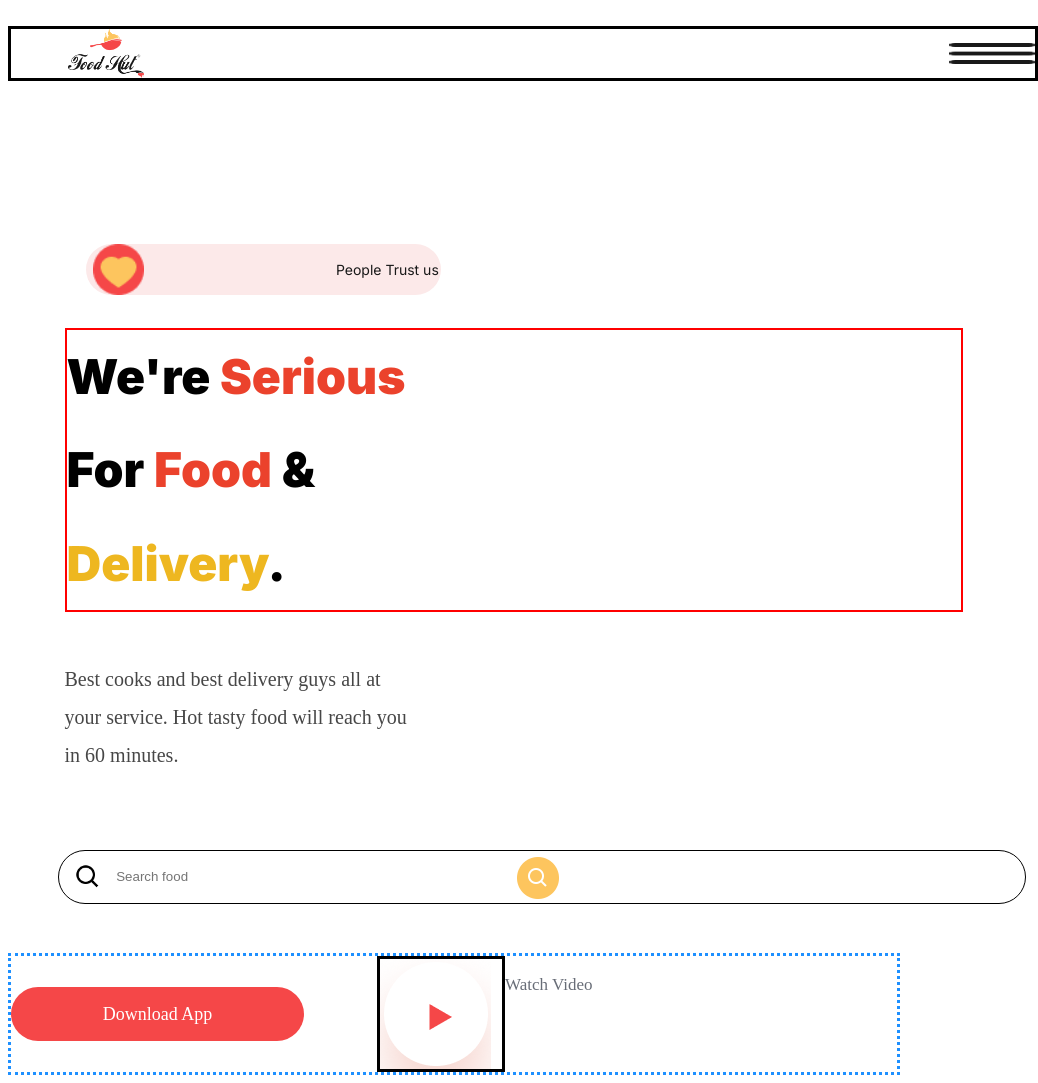
Repository: ReyhanehRahmani/Food-Hut
Page: FoodHut.html
These files come from the project's save history. The page is drawn as it stood at one moment and after the next save; the edit follows.
The browser window is 1024 px wide. The page is 1038 px wide, so the pictures cover 1038 px, including what lies to the right of the window. The pictures show the whole page.
Some web fonts or font styles are not loaded; a fallback is used.

Above is the page before, as saved 2025-05-29 00:01:53.

### FoodHut.html
<!DOCTYPE html>

<html lang="en">

    <head>

    <meta name="viewport" content="width=device-width, initial-scale=1.0" />

        <title>Food Hut</title>

        <link rel="icon" type="image/jpg" href="favicon.png">

        <link rel="preconnect" href="https://fonts.googleapis.com">

        <link rel="stylesheet" href="FoodHut.css">

        <link rel="preconnect" href="https://fonts.googleapis.com">

        <link rel="preconnect" href="https://fonts.gstatic.com" crossorigin>

        <link href="https://fonts.googleapis.com/css2?family=Inter:ital,opsz,wght@0,14..32,100..900;1,14..32,100..900&display=swap" rel="stylesheet">

        <link rel="preconnect" href="https://fonts.googleapis.com">

        <link rel="preconnect" href="https://fonts.gstatic.com" crossorigin>

        <link href="https://fonts.googleapis.com/css2?family=Sofia+Sans:ital,wght@0,1..1000;1,1..1000&display=swap" rel="stylesheet">

    </head>

    <body>

        <div class="headh">
            <img src="favicon.png" alt="Food Hut logo" class="FoodHutLogo">

            <div class="navlaptop">
                    <p class="mm">Today special offers</p>
                    <p class="mm">Why FoodHut</p>
                    <p class="mm">Our Menu</p>
                    <p class="mm">Our Popular food</p>

            </div>
            <div class="downloadbt"><p>Download App</p></div>
            <img src="slider.png" id="slider">
        </div>



        <div class="maincontainer">
            <div class="container1">

                <div id="HeartBox">
                    <img id="Heart" src="ghalb.png" style="margin-left: 3px;" >
                    <p id="trust">People Trust us</p>
                </div>

                <p id="BigBox1">
                    We're <spsn style="color: rgb(235, 66, 44);">Serious</spsn> <br> For <span style="color: rgb(235, 66, 44);">Food</span> & <br><span style="color: rgb(238, 183, 32);">Delivery</span>.
                </p>
                <p id="BigBox1laptop">
                    We're <spsn style="color: rgb(235, 66, 44);">Serious</spsn>  For <br><span style="color: rgb(235, 66, 44);">Food</span> & <span style="color: rgb(238, 183, 32);">Delivery</span>.
                </p>

                <p id="text1">
                    Best cooks and best delivery guys all at <br>your service. Hot tasty food will reach you<br>in 60 minutes.
                </p>
                <p id="text1laptop">
                    Best cooks and best delivery guys all at your <br>service. Hot tasty food will reach you in 60<br>minutes.
                </p>
                <div class="searchbox">
                    <img src="zarebin2.png" id="zarebin2">
                    <input class="inin" type="text" minlength="3" maxlength="30" placeholder="Search food"></input>
                    <button class="butbut"><img src="zarebin.png" id="zarebin"></button>
                </div>


                <div id="PlayBox">
                    <div id="download"><p>Download App</p></div>
                    <div id="bori1">
                    <img src="playb.png" id="PlayButton">
                    <p id="Watch">Watch Video</p>
                    </div>
                </div>

            </div>
            <img src="pic1.png" id="pic1laptop">

        </div>






    </body>

</html>

### FoodHut.css
/*font family - font size - align items like heart*/

@media screen and (max-width: 1279px){



body {
    font-family: "Inter", sans-serif;

}

.headh{
    border: solid;
    display: flex;
    justify-content: space-between;
    width: 100vw;
    height: 6.739130435vh;
    align-items: center;
    margin-top: 2.608695652%;
}


.FoodHutLogo{
    margin-left: 5.607476636%;
    height: 100%;
}

#slider{
    width: 8.411214953%;
    height: 43.548387097%;
}

/*#NavbarSlider{
    margin-top: 41px;
    margin-right: 5.6vw;
    float: right;
    position: fixed;
    border: 2px solid red;
}

.slider{
    width: 36px;
    height: 5px;
    border-radius: 17px;
    display: flex;
    justify-content: space-between;
    flex-direction: column;
    gap: 6px;
    background: rgba(25, 25, 25, 1);
    margin-right: 24px;

}*/



#HeartBox{
    display: flex;
    justify-content: space-between;
    gap: 1.438848921%;
    width: 35.226415094%;
    height: 4.261796043%;
    align-items: center;
    border-radius: 100px;
    white-space: nowrap;
    background-color: #fce9e9;
    margin-top: 16.228070175%;
    margin-left: 7.710280374%;
}

#trust{
    font-weight: 400;
    font-size: 0.875rem;
    line-height: 100%;
    letter-spacing: 0%;
    /*align-items: center;
    justify-content: center;*/
    color: rgba(25, 25, 25, 1);
    margin-right: 2px;

}

#Heart{
    position: static;
    width: 14.288489209%;
    height: 71.428571429%;
    padding-left: 1.168224299%;
    align-self: center;
}

#BigBox1{
    width: 88.785046729%;
    height: 21.058315335%;
    align-content: center;
    margin-top: 3.225806452%;
    margin-left: 5.607476636%;
    border: 2px solid red;
    font-weight: 900;
    font-size: 3rem;
    line-height: 195%;
    letter-spacing: 0%;
    font-family: "Inter";
}

/*#Box1Paragragh{
    font-weight: 900;
    font-size: 48px;
    line-height: 195%;
    letter-spacing: 0%;
}*/

#text1{
    width: 88.551401869%;
    height: 8.804347826%;
    margin-top: 4.347826087%;
    margin-left: 5.607476636%;
    opacity: 0.8;
    font-family: "Sofia Sans";
    font-weight: 400;
    font-size: 1.25rem;
    line-height: 190%;
    letter-spacing: -1%;
    color: #191919;
    white-space: nowrap;

}

#text1laptop{
    display: none;
}

.searchbox{
    border: solid;
    display: flex;
    border-width: 0.5px;
    border-radius: 100px;
    align-items: center;
    height: 8.709677419%;
    margin-top: 4.35483871;
    width: 95.785046729%;
    margin-left: 4.979253112%;
    margin-top: 7.476635514%;

}

.searchbox .inin{
    border: 0px;
    margin-left: 12px;

}

.searchbox .butbut{
    border: 0px;
    background-color: rgba(127, 255, 212, 0);
    margin-left: 22.324840764%;
}

#zarebin{
    height: 42px;
    padding-top: 5px;

}

#zarebin2{
    width: 28px;
    height: 28px;
    margin-left: 15px;

}

#PlayBox{
    display: flex;
    height: 5.652173913%;
    margin-top: 4.838709677%;
    align-items: center;
    border: dodgerblue, dotted;
    width: 87.85046729%;

}

#download{
    width: 33.085106383%;
    height: 86.538461538%;
    border-radius: 100px;
    background-color: #F54748;
    font-family: "Sofia Sans";
    text-align: center;
    margin-top: 1px;
    color: #FFFFFF;
    font-weight: 400;
    font-size: 18px;
    line-height: 100%;
    letter-spacing: 0px;
    text-transform: capitalize;

}

#bori1{
    display: flex;
    margin-left: 8.244680851%;
    height: 100%;
    width: 13.829787234%;
    justify-content: space-between;
    gap: 11.475409836%;
    border: solid;
}

#Watch{
    font-family: "Sofia Sans";
    font-weight: 300;
    font-size: 17px;
    line-height: 100%;
    letter-spacing: 0%;
    color: #686D77;
    white-space: nowrap;

}

#PlayButton{
    height: 100%;
}

.navlaptop{
    display: none;
}

.downloadbt{
    display: none;
}

#BigBox1laptop{
    display: none;
}

#pic1laptop{
    display: none;
}

}


@media screen and (min-width: 1280px){

body{
    position: relative;
}

.headh{
    display: flex;
    position: relative;
    align-items: center;
    margin-top: 2.46343341%;
}

.headh .FoodHutLogo{
    width: 8.402777778%;
    height: 6.004618938%;
    margin-left: 5.46875%;

}

.navlaptop {
    display: flex;
    gap: 7.575757576%;
    align-items: center;
    margin-left: 20.75%;

}

.navlaptop .mm{
    font-family: "Sofia Sans";
    font-weight: 400;
    font-size: 1.125rem;
    line-height: 100%;
    letter-spacing: 0px;
    text-transform: capitalize;
    color: #191919;
    white-space: nowrap;
}

.downloadbt{
    position: absolute;
    width: 11.25%;
    line-height: 100%;
    height: 57.692307692%;
    border-radius: 100px;
    background-color: #F54748;
    font-family: "Sofia Sans";
    text-align: center;
    margin-top: 1px;
    color: #FFFFFF;
    font-weight: 400;
    font-size: 18px;
    letter-spacing: 0px;
    text-transform: capitalize;
    margin-left: 84.513888889%;


}

.maincontainer{
    display: flex;
    justify-content: space-between;


}

.container1{
    margin-left: 4.861111111%;
    display: block;
    align-content: center;

}

#HeartBox{
    display: flex;
    justify-content: space-between;
    width: 28.226415094%;
    height: 4.261796043%;
    align-items: center;
    border-radius: 100px;
    white-space: nowrap;
    background-color: #fce9e9;
}

#trust{
    margin-right: 2px;
}

#BigBox1laptop{
    font-family: "Inter";
    font-weight: 900;
    font-size: 3.625rem;
    line-height: 100%;
    letter-spacing: 0%;
    margin-top: 3.04414003%;

}

#BigBox1{
    display: none;
}

#Heart{
    height: 20px;
    width: 20px;
}

#trust{
    font-family: Inter;
    font-weight: 400;
    font-size: 0.875rem;
    line-height: 100%;
    letter-spacing: 0%;

}

#text1{
    font-family: "Sofia Sans";
    font-weight: 400;
    font-size: 1.5rem;
    line-height: 100%;
    letter-spacing: -1%;
    opacity: 0.8;
    margin-top: 3.877419355%;
    color: #191919;

}


.searchbox{
    border: solid;
    display: flex;
    border-width: 0.5px;
    border-radius: 100px;
    align-items: center;
    height: 8.709677419%;
    margin-top: 4.35483871;

}

.searchbox .inin{
    border: 0px;
    margin-left: 12px;

}

.searchbox .butbut{
    border: 0px;
    background-color: rgba(127, 255, 212, 0);
    margin-left: 41.324840764%;
}

#zarebin{
    height: 42px;
    padding-top: 5px;

}

#zarebin2{
    width: 28px;
    height: 28px;
    margin-left: 15px;

}

#pic1laptop{
    width: 47.847222222%;
    height: auto;
}

#PlayBox{
    display: flex;
    height: 8.387096774%;
    margin-top: 4.838709677%;
    align-items: center;
}

#download{
    width: 33.085106383%;
    height: 86.538461538%;
    border-radius: 100px;
    background-color: #F54748;
    font-family: "Sofia Sans";
    text-align: center;
    margin-top: 1px;
    color: #FFFFFF;
    font-weight: 400;
    font-size: 18px;
    line-height: 100%;
    letter-spacing: 0px;
    text-transform: capitalize;


}

#bori1{
    display: flex;
    margin-left: 8.244680851%;
    height: 100%;
    justify-content: space-between;
    gap: 11.475409836%;
}

#Watch{
    font-family: "Sofia Sans";
    font-weight: 300;
    font-size: 17px;
    line-height: 100%;
    letter-spacing: 0%;
    color: #686D77;
    white-space: nowrap;

}

#PlayButton{
    height: 100%;
}
}

After the next save:
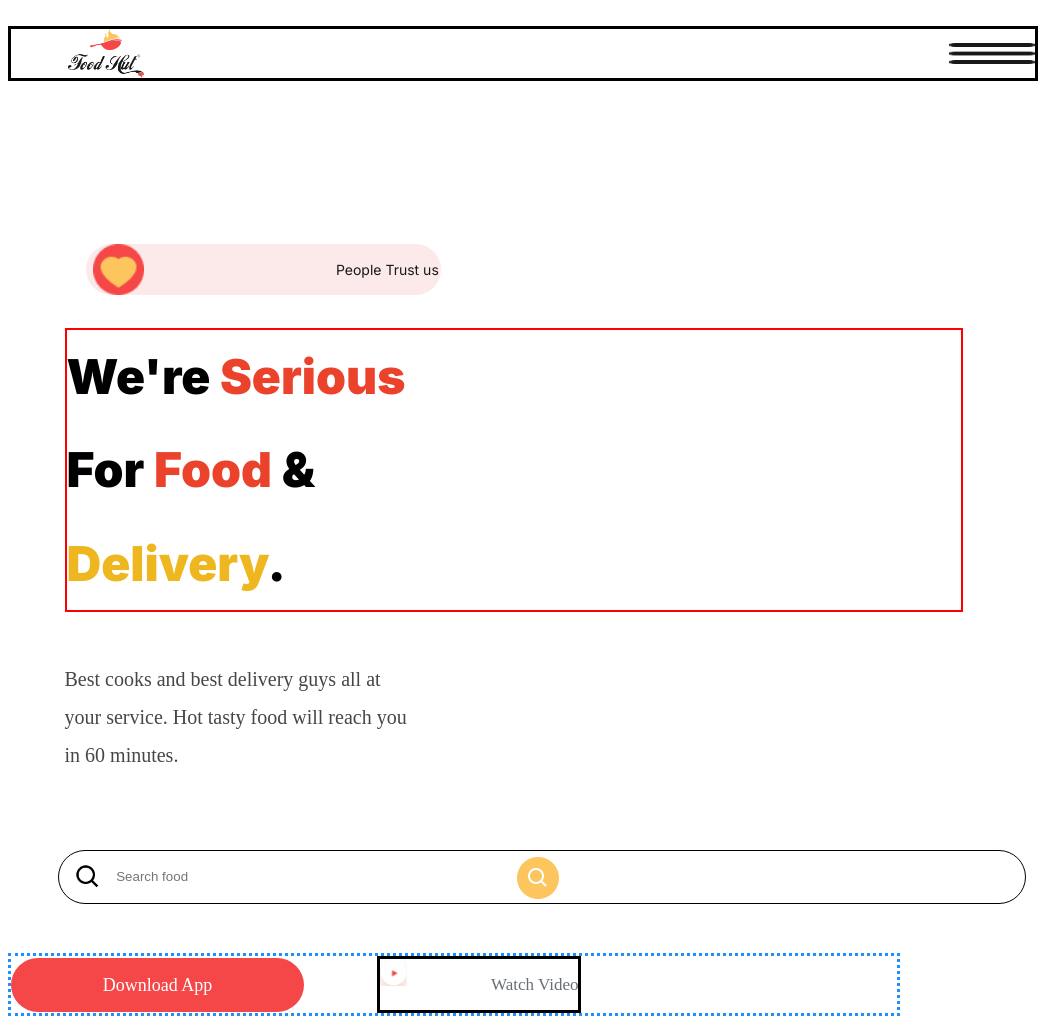
Saved 30 s later.
--- a/FoodHut.css
+++ b/FoodHut.css
@@ -198,7 +198,6 @@ body {
     display: flex;
     margin-left: 8.244680851%;
     height: 100%;
-    width: 13.829787234%;
     justify-content: space-between;
     gap: 11.475409836%;
     border: solid;
@@ -217,6 +216,8 @@ body {
 
 #PlayButton{
     height: 100%;
+    width: 13.829787234%;
+
 }
 
 .navlaptop{
